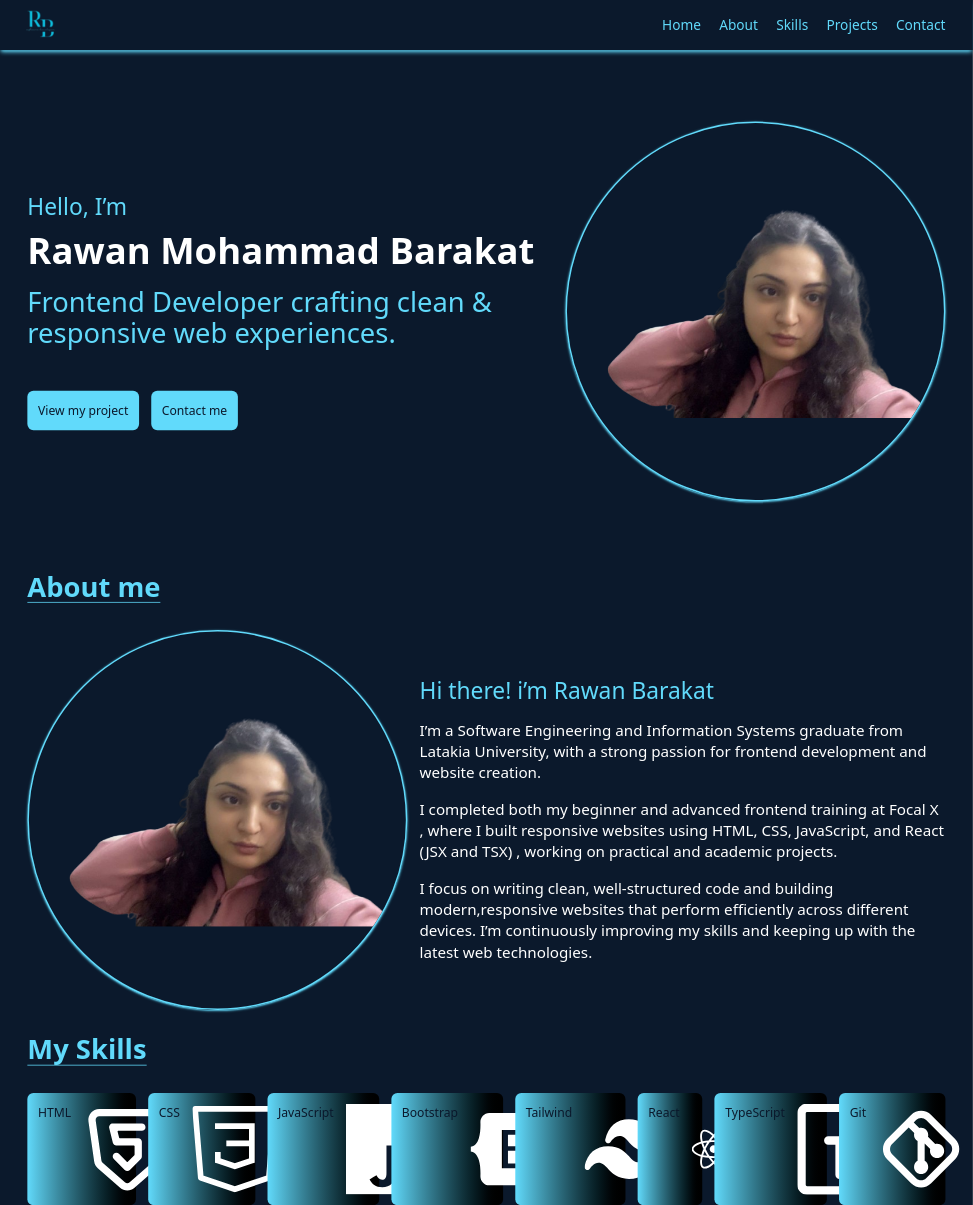
Repository: RawanBarakat-hub/portfolio
Page: /
An editor plug-in stored every save of this project. The page is shown before and after the next save, followed by the edit.
The browser window is 1280 px wide. The pictures show the whole page, at 76% of full size.
The project was rebuilt for these pictures with package versions that can differ from the ones it lists, and the page was loaded fresh each time. Also part of the build but not shown: vite.config.ts.

Above is the page before, as saved 2026-02-20 09:20:25.

### index.html
<!doctype html>
<html lang="en">
  <head>
    <meta charset="UTF-8" />
    <link rel="icon" type="image/svg+xml" href="/assets/images/photos/logo.png" />
    <meta name="viewport" content="width=device-width, initial-scale=1.0" />
    <title>Rawan's portfolio</title>
  </head>
  <body>
    <div id="root"></div>
    <script type="module" src="/src/main.tsx"></script>
  </body>
</html>

### src/index.css
@import "tailwindcss";
@theme{
    --color-primary-color: #61DAFB;
    --color-background-color: #0b192c;
    --color-hover-color: #85ddf5;
}

### src/App.tsx
import Hero from "./components/Hero"
import Main from "./components/Main"
import NavBar from "./components/NavBar"
import { nav_links } from "./data/data"
import "./index.css"
function App() {

  return (
    <div className="bg-background-color px-9">
      <NavBar logo={{source:"/assets/images/photos/logo.png",alternative:"Logo"}}
      nav_links={nav_links}
      bar_icon={{source:"/assets/images/icons/bars.svg",alternative:"bars"}}
      cancel_icon={{source:"/assets/images/icons/cancel.svg",alternative:"bars"}}
      />
      <Hero/>
      <Main/>
    </div>
  )
}

export default App

### src/components/Hero.tsx
import Image from "./Image"
import LinkBtn from "./LinkBtn"
import WelcomeText from "./WelcomeText"

const Hero = () => {
    return (
        <div className="h-screen pt-35 lg:pt-25 flex flex-col lg:flex-row
        justify-center lg:justify-between items-center gap-5">
            <div className="text-center lg:text-left">
                <WelcomeText text="Hello, I’m"/>
                <h1 className="text-white text-3xl lg:text-5xl mt-3 lg:mt-4
                mb-4 lg:mb-6 font-bold">Rawan Mohammad Barakat</h1>
                <p className="text-primary-color text-2xl lg:text-4xl max-w-2xl
                mb-4 lg:mb-14">Frontend Developer crafting clean & responsive web experiences.</p>
                <div className="flex justify-center lg:justify-start gap-4">
                    <LinkBtn url="" text="View my project"/>
                    <LinkBtn url="" text="Contact me"/>
                </div>
            </div>
            <Image source="/assets/images/photos/rawan.png" alternative="rawan"/>
        </div>
    )
}

export default Hero

### src/components/Main.tsx
import SectionAbout from "./SectionAbout"
import SectionSkills from "./SectionSkills"

const Main = () => {
    return (
        <main>
            <SectionAbout/>
            <SectionSkills/>
        </main>
    )
}

export default Main

### src/components/NavBar.tsx
import { NavLink } from "react-router-dom"
import type { NavProps } from "../interfaces"
import { useState } from "react"

const NavBar = ({logo,nav_links,bar_icon,cancel_icon}:NavProps) => {
    const [show,setShow]=useState<boolean>(true)
    return (
        <div>
            <nav className="flex justify-between pl-5 pr-9 items-center fixed top-0
            w-full left-0 bg-background-color shadow-md shadow-primary-color">
                <div className="">
                    <img className="" src={logo.source} alt={logo.alternative} />
                </div>
                <div className="hidden lg:block">
                    <ul className="flex gap-6">
                        {nav_links?.map((link,index)=>{
                            return <li key={index}>
                                <NavLink className="text-primary-color text-[18px] font-medium"
                                to={link?.url}>{link?.text}</NavLink>
                            </li>
                        })}
                    </ul>
                </div>
                <button onClick={()=>setShow(!show)}
                className="block lg:hidden"><img src={`${show?bar_icon.source:cancel_icon.source}`}
                alt={`${show?bar_icon.alternative:cancel_icon.alternative}`} /></button>
            </nav>
            <div className={`${show ? "-left-full" :"left-1/2"} absolute top-16.5
            -translate-x-1/2 py-3.5 bg-background-color w-full transition-all`}>
                <ul className="text-center">
                        {nav_links?.map((link,index)=>{
                            return <li key={index} className="mb-4">
                                <NavLink className="text-primary-color text-[18px] font-medium"
                                to={link?.url}>{link?.text}</NavLink>
                            </li>
                        })}
                    </ul>
            </div>
        </div>
    )
}

export default NavBar

### src/data/data.ts
export const nav_links=[
    {
        url:"/",
        text:"Home"
    },
    {
        url:"/",
        text:"About"
    },
    {
        url:"/",
        text:"Skills"
    },
    {
        url:"/",
        text:"Projects"
    },
    {
        url:"/",
        text:"Contact"
    }
]
export const skills=[
    {
        image:{
            source:"/assets/images/icons/html.svg",
            alternative:"HTMl icon"
        },
        link:{
            url:"https://www.w3schools.com/html/default.asp",
            text:"HTML"
        }
    },
    {
        image:{
            source:"/assets/images/icons/css3.svg",
            alternative:"CSS icon"
        },
        link:{
            url:"https://www.w3schools.com/css/default.asp",
            text:"CSS"
        }
    },
    {
        image:{
            source:"/assets/images/icons/js.svg",
            alternative:"JavaScript icon"
        },
        link:{
            url:"https://www.w3schools.com/js/default.asp",
            text:"JavaScript "
        }
    },
    {
        image:{
            source:"/assets/images/icons/bootstrap.svg",
            alternative:"Bootstrap icon"
        },
        link:{
            url:"https://www.w3schools.com/bootstrap/bootstrap_ver.asp",
            text:"Bootstrap"
        }
    },
    {
        image:{
            source:"/assets/images/icons/tailwind.svg",
            alternative:"Taileind icon"
        },
        link:{
            url:"https://tailwindcss.com/",
            text:"Tailwind"
        }
    },
    {
        image:{
            source:"/assets/images/icons/react.svg",
            alternative:"React icon"
        },
        link:{
            url:"https://www.w3schools.com/react/default.asp",
            text:"React"
        }
    },
    {
        image:{
            source:"/assets/images/icons/ts.svg",
            alternative:"TypeScript icon"
        },
        link:{
            url:"https://www.w3schools.com/typescript/index.php",
            text:"TypeScript"
        }
    },
    {
        image:{
            source:"/assets/images/icons/git.svg",
            alternative:"Git icon"
        },
        link:{
            url:"https://www.w3schools.com/git/default.asp",
            text:"Git"
        }
    }
]

### src/components/Image.tsx
import type { ImageProps } from '../interfaces'

const Image = ({source,alternative}:ImageProps) => {
    return (
        <div className='w-125 h-125 rounded-full border-2 border-primary-color
            shadow-sm shadow-primary-color flex justify-center items-center overflow-hidden
            shrink-0'>
            <img src={source} alt={alternative} />
        </div>
    )
}

export default Image

### src/components/LinkBtn.tsx
import { Link } from 'react-router-dom'
import { type LinkProps } from '../interfaces'
const LinkBtn = ({url,text,image}:LinkProps) => {
    return (
            <Link className={`${image?"bg-linear-to-r from-primary-color to-black hover:scale-120":
                "bg-primary-color hover:bg-hover-color"}
            text-background-color p-3.5 rounded-lg w-fit flex gap-4 transition-all`} to={url}>{text}
            {image && <img className='w-' src={image?.source} alt={image?.alternative} />}</Link>
    )
}

export default LinkBtn

### src/components/WelcomeText.tsx

const WelcomeText = ({text}:{text:string}) => {
    return (
        <p className="text-primary-color text-xl lg:text-3xl
        font-medium">{text}</p>
    )
}

export default WelcomeText

### src/components/SectionAbout.tsx
import Description from "./Description"
import Image from "./Image"
import TitleSection from "./TitleSection"
import WelcomeText from "./WelcomeText"

const SectionAbout = () => {
    return (
        <section className="py-15 lg:py-8 text-center lg:text-left">
            <TitleSection title="About me"/>
            <div className="flex flex-col lg:flex-row
                justify-center lg:justify-between items-center
                gap-4">
                <Image source="/assets/images/photos/rawan.png" alternative="rawan"/>
                <div className="max-w-3xl">
                    <WelcomeText text="Hi there! i’m Rawan Barakat"/>
                    <Description text="I’m a Software Engineering and Information Systems
                        graduate from Latakia University, with a strong passion
                        for frontend development and website creation."/>
                    <Description text="I completed both my beginner
                        and advanced frontend training at Focal X ,
                        where I built responsive websites using HTML, CSS, JavaScript,
                        and React (JSX and TSX) , working on practical and academic projects."/>
                    <Description text="I focus on writing clean, well-structured
                    code and building modern,responsive websites that perform efficiently across different
                    devices. I’m continuously improving my skills and keeping up with the latest web
                    technologies."/>
                </div>
            </div>
        </section>
    )
}

export default SectionAbout

### src/components/SectionSkills.tsx
import { skills } from "../data/data"
import Container from "./Container"
import LinkBtn from "./LinkBtn"
import TitleSection from "./TitleSection"

const SectionSkills = () => {
    return (
        <section>
            <TitleSection title="My Skills"/>
            <Container>
                {
                    skills.map((skill,index)=>{
                        return <LinkBtn key={index} url={skill.link.url}
                        text={skill.link.text} image={skill.image}/>
                    })
            }
            </Container>
        </section>
    )
}

export default SectionSkills

### src/components/Description.tsx

const Description = ({text}:{text:string}) => {
    return (
        <p className="text-white text-xl mt-5">{text}</p>
    )
}

export default Description

### src/components/TitleSection.tsx
import type { TitleSectionProp } from "../interfaces"

const TitleSection = ({title}:TitleSectionProp) => {
    return (
        <h2 className="text-xl lg:text-4xl text-primary-color font-semibold
        mb-4 lg:mb-9 w-fit border-b border-primary-color">{title}</h2>
    )
}

export default TitleSection

### src/components/Container.tsx
import type { ContainerProps } from "../interfaces"

const Container = ({children}:ContainerProps) => {
    return (
        <div className="flex justify-between gap-4">{children}</div>
    )
}

export default Container

Loaded but not shown: src/main.tsx (common file)

After the next save:
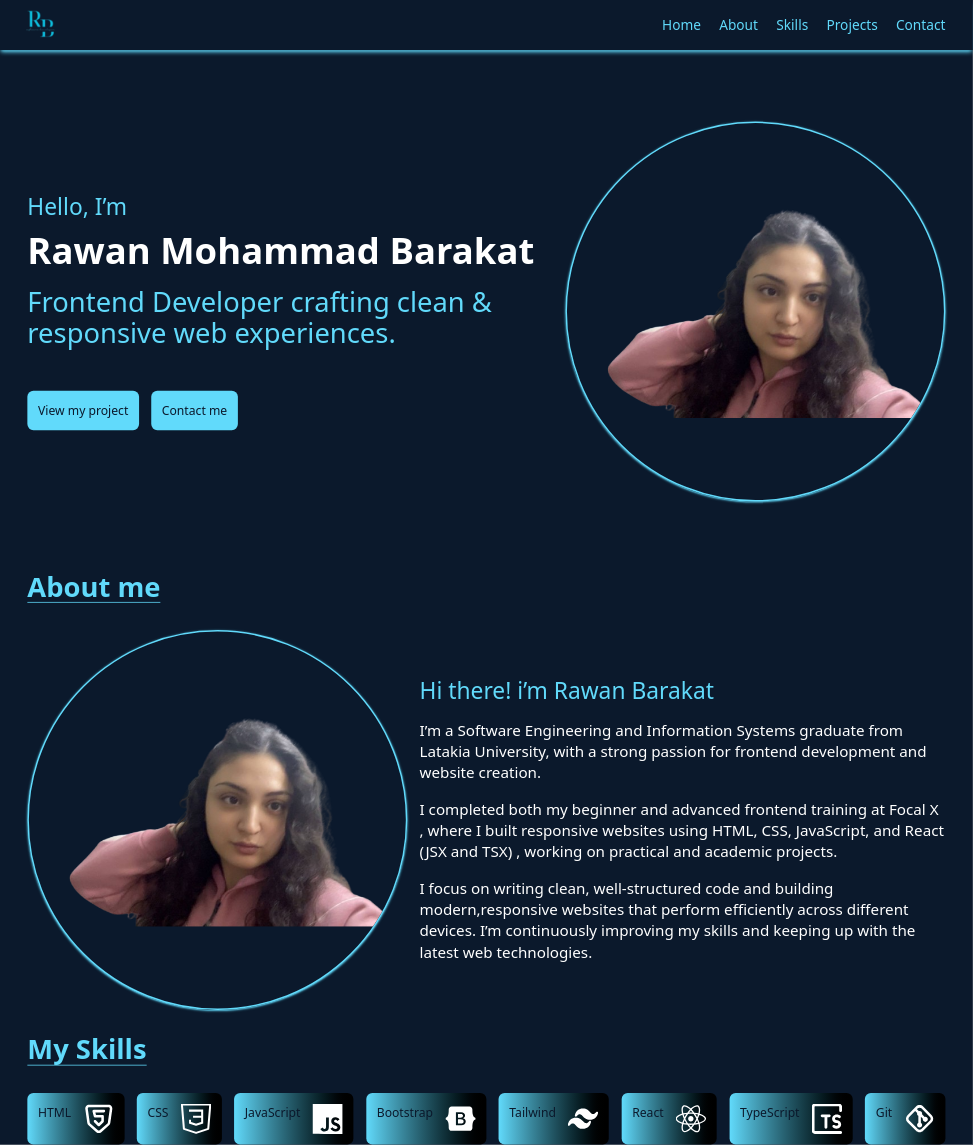
Saved 8 s later.
--- a/src/components/LinkBtn.tsx
+++ b/src/components/LinkBtn.tsx
@@ -5,7 +5,7 @@ const LinkBtn = ({url,text,image}:LinkProps) => {
             <Link className={`${image?"bg-linear-to-r from-primary-color to-black hover:scale-120":
                 "bg-primary-color hover:bg-hover-color"}
             text-background-color p-3.5 rounded-lg w-fit flex gap-4 transition-all`} to={url}>{text}
-            {image && <img className='w-' src={image?.source} alt={image?.alternative} />}</Link>
+            {image && <img className='w-10' src={image?.source} alt={image?.alternative} />}</Link>
     )
 }
 
